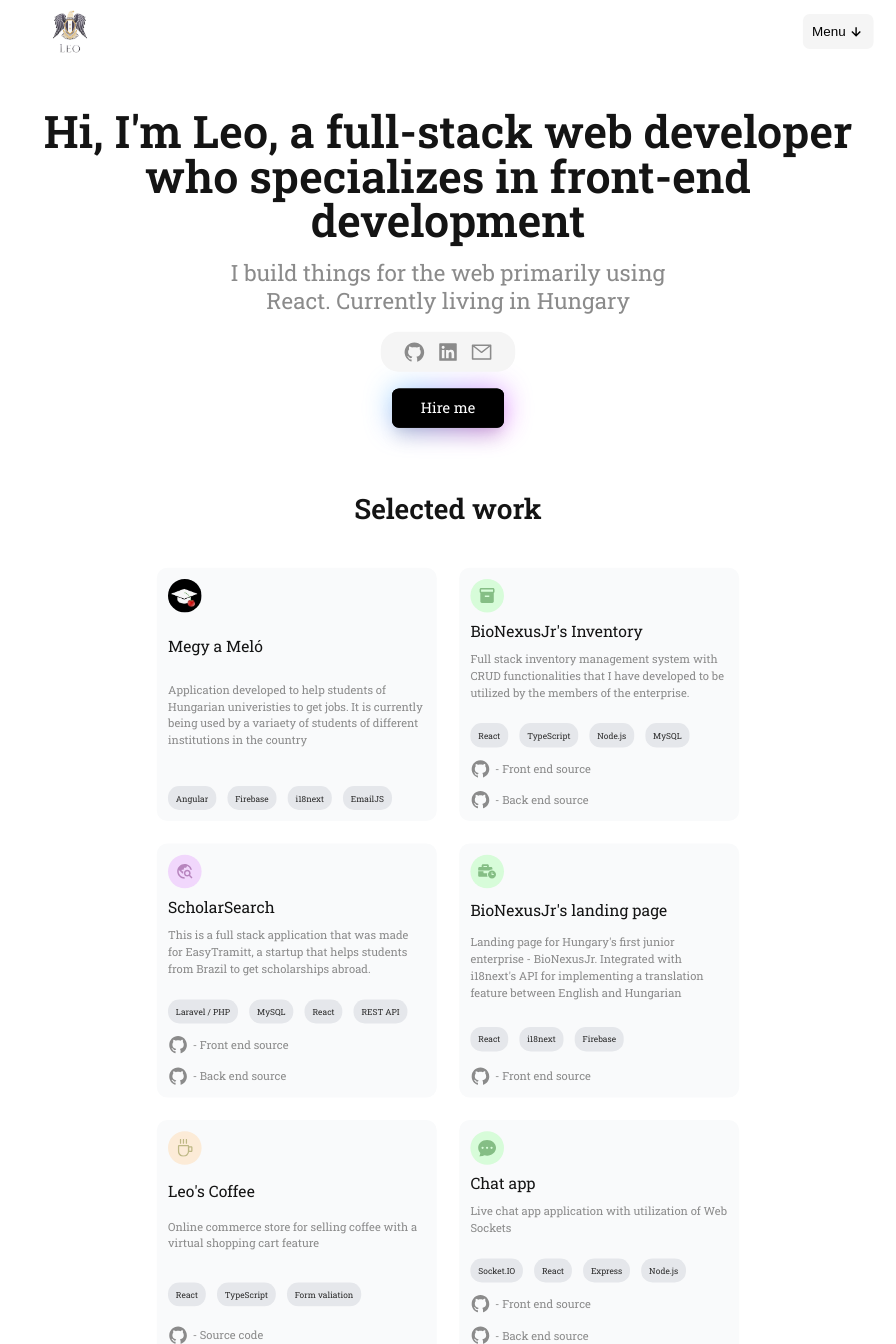
Repository: Leoka2000/portfolio-final
Page: /
The author's editor kept a copy of each file at every save. The page is drawn from the files as they stood at one save, then again after the next save.
The browser window is 1280 px wide. The pictures show the part of the page from y = 0 to 1920 px (the page is 3485 px tall before and 3421 px after), at 70% of full size.
Some web fonts or font styles are not loaded; a fallback is used. The project was rebuilt for these pictures with package versions that can differ from the ones it lists, and the page was loaded fresh each time. Some packages were replaced by stand-ins written for this rebuild. Also part of the build but not shown: src/App.css. Imported but missing from the stored project, and not drawn on this page: src/assets/BioNexus.mp4, src/assets/LeoCV.pdf, src/assets/ScholarSearch.mp4, src/assets/chat-app.mp4.

Above is the page before, as saved 2023-09-27 14:37:55.

### public/index.html
<!DOCTYPE html>
<html lang="en">
  <head>
    <meta charset="utf-8" />
    <link rel="icon" href="%PUBLIC_URL%/favicon.ico" />
    <meta name="viewport" content="width=device-width, initial-scale=1" />
    <meta name="theme-color" content="#000000" />
    <meta
      name="description"
      content="Web site created using create-react-app"
    />
    <link rel="apple-touch-icon" href="%PUBLIC_URL%/logo192.png" />
    <!-- font -->
    <link rel="preconnect" href="https://fonts.googleapis.com">
    <link rel="preconnect" href="https://fonts.gstatic.com" crossorigin>
    <link href="https://fonts.googleapis.com/css2?family=Fira+Sans+Extra+Condensed:wght@300&family=Roboto+Condensed:wght@300&family=Roboto+Slab:wght@400;500;600&display=swap" rel="stylesheet">

    <!-- font -->
    <link rel="manifest" href="%PUBLIC_URL%/manifest.json" />

    <title>Portfolio</title>
  </head>
  <body>
    <noscript>You need to enable JavaScript to run this app.</noscript>
    <div id="root"></div>
    <!--
      This HTML file is a template.
      If you open it directly in the browser, you will see an empty page.

      You can add webfonts, meta tags, or analytics to this file.
      The build step will place the bundled scripts into the <body> tag.

      To begin the development, run `npm start` or `yarn start`.
      To create a production bundle, use `npm run build` or `yarn build`.
    -->
  </body>
</html>

### src/pages/main/home.jsx
import React from 'react'
import Navbar from '../../compontents/navbar/navbar'
import Hero from './hero/hero'
import Work from './work/work-parent'
import About from './about/about'
import Contact from '../contact/contact'


const Home = () => {
  return (
    <>

      <Hero/>
      <Work/>
      <About/>
      <Contact/>
    </>
  )
}

export default Home

### src/compontents/navbar/navbar.css
.nav-navbar {
    display: flex;
    justify-content: flex-start;

    align-items: center;
    height: 90px;
}

.nav-navbar > span {
    display: flex;
    color: var(--h1);
    text-align: center;
    align-items: center;
    justify-content: center;
    background-color: #f5f5f5;
    font-weight: 300;
    padding: 9px 30px;
    border-radius: 30px;
    height: 2rem;
    gap: 1rem;
    width: auto;
    position: absolute;
    right: 30rem;

}
.nav-navbar > span > div {
width: 1.4rem;
border-radius: 100%;
background-color: rgb(101, 223, 101);
height: 1.4rem;
}
.dropdown-menu{
    position: absolute;
    right: 0;
    margin-right: 2rem;


}
.nav-dropdown {
    transform: none;
    transition: all 2s ease-in-out;
    margin-top: 1rem;
    background-color: #f5f5f5;
    position: absolute;
    top: 1;
    right: 0;
    border-radius: 10px;
    width: 10rem;
    height: 8.5rem;
    font-size: 1.2rem;
    transition: all .2s ease-in-out;
    box-shadow: rgba(0, 0, 0, 0.1) 0px 20px 25px -5px, rgba(0, 0, 0, 0.04) 0px 10px 10px -5px;
    opacity:1;
    transition:

     0s linear,
     1s linear;
}
.nav-dropdown::before {
    content: "";
z-index: -1;
position: absolute;
top: 0;
right: 0;
bottom: 0;
left: 0;
background: linear-gradient(-45deg,#e81cff,#40c9ff);
transform: translateZ(0) scale(.95);
filter: blur(20px);
opacity: .6;
transition: .3s;
border-radius: inherit;
transition: all 2s ease-in-out;

}
.dropdown{

    list-style: none;
    display: flex;
 flex-direction: column;
 padding: 1rem;
 transform: none;
 opacity:1;
    transition:

     0s linear,
     1s linear;


}

.dropdown > a {
    list-style: none;
    width: 84%;
    color: black;
    display: flex;
    padding: 0.5rem 1rem 0.5rem 0.7rem;
}
.dropdown > a > a {
    width: 100%;
    color: black;
}
.dropdown a:hover {
    background-color: rgb(219, 219, 219);
    cursor: pointer;
    border-radius: 10px;
    transition: 0.2s;
}
.nav-navbar > div > button {
    background-color: transparent;
    outline: none;
    border: none;
    display: flex;
    align-items: center;
    background-color: #f5f5f5;
    border-radius: 10px;

    padding: 0.8rem;
    justify-content: center;
    gap: 0.2rem;
    cursor: pointer;
    position: relative;
    transition: 0.3s;
}
.nav-navbar > div > button:hover {
background-color: rgb(228, 228, 228);
transform: scale(1.1);
}
.dropdown-menu > button > p {
    font-size: 1.2rem;
    color: black;

}
.dropdown-menu button svg {
    font-size: 1.5rem;
    color: black;
}

### src/pages/main/hero/hero.jsx
import React from 'react'
import {AiFillGithub} from 'react-icons/ai'
import {AiOutlineMail} from 'react-icons/ai'
import {AiFillLinkedin} from 'react-icons/ai'
import './hero.css'
import CV from '../../../assets/LeoCV.pdf'

const hero = () => {
  return (
    <>
      <section className='hero-section'>
        <h1>Hi, I'm Leo, a full-stack web developer who specializes in front-end development</h1>
        <p>I build things for the web primarily using React. Currently living in Hungary</p>
        <div className='icons-wrapper'>
          <a target='_blank' href="https://github.com/Leoka2000"><AiFillGithub/></a>
          <a target='_blank' href='https://www.linkedin.com/in/leoreus/'> <AiFillLinkedin/></a>
         <a href='mailto:lreusoliveira@gmail.com'><AiOutlineMail/> </a>
        </div>
        <a href={CV} download className='right-btn'>Hire me</a>
      </section>
    </>
  )
}

export default hero

### src/pages/main/work/work-parent.jsx
import React from 'react'
import './work.css'
import Bionexus from './projects/bionexus/index'
import CoffeeApp from './projects/coffee/index'
import ChatApp from './projects/chatapp/index'
import EasyTramitt from './projects/easy/index'
import CryptoApp from './projects/cryptoapp/index'
import Inventory from './projects/inventory'
import MegyaMelo from './projects/megyamelo'



const Work = () => {
  return (
    <>
      <section id='work' className='work-section'>
        <header><h1>Selected work</h1></header>
        <main className='work-main'>
          <MegyaMelo/>
       <Inventory/>
        <EasyTramitt />
          <Bionexus />
          <CoffeeApp />
          <ChatApp />
          <CryptoApp />



        </main>


      </section>
    </>
  )
}

export default Work

### src/pages/main/hero/hero.css
.hero-section {
    display: flex;
    flex-direction: column;
    text-align: center;
    align-items: center;
    padding: 4rem 2rem 2rem 2rem;
    justify-content: center;
    gap: 1.5rem
}
.hero-section h1 {
    color: var(--h1);
    font-size: 4rem;
}
.hero-section p {
    color: var(--p);
    font-size: 2rem;
    line-height: 2.5rem;
    max-width: 45rem;

}
.icons-wrapper {
    font-size: 2rem;
    color: var(--p);
    background-color: #f5f5f5;
    border-radius: 25px;
    align-items: center;
    padding: 0.8rem 0 0.5rem 0;
    width: 12rem;
    display: flex;
    justify-content: center;
    gap: 1rem;
    cursor: pointer;

}
.icons-wrapper a {
    text-decoration: none;
    color: var(--p);
}
.icons-wrapper svg {
    transition: 0.4s;
}
.icons-wrapper svg:hover {
    color: rgb(0, 0, 0);
}


.hero-section > a {
    font-family: 'Fira Sans Extra Condensed', sans-serif;

    font-family: 'Inter', sans-serif;

    font-family: 'Roboto Condensed', sans-serif;

    font-family: 'Roboto Slab', serif;

    display: flex;
    justify-content: center;
    align-items: center;
    color: white;
    font-size: 1.3rem;
    width: 10rem;
    height: 3.5rem;
    border-radius: 10px;
    outline: none;
    background-color: black;
    border: none;
    position: relative;
    cursor: pointer;
    transition: all .2s ease-in-out;
    box-shadow: rgba(0, 0, 0, 0.1) 0px 20px 25px -5px, rgba(0, 0, 0, 0.04) 0px 10px 10px -5px;
}
.hero-section > a::before {
    content: "";
z-index: -1;
position: absolute;
top: 0;
right: 0;
bottom: 0;
left: 0;
background: linear-gradient(-45deg, #e81cff, #40c9ff);
transform: translateZ(1) scale(.98);
filter: blur(20px);
opacity: .6;
transition: opacity .3s;
border-radius: inherit;
transition: all .2s ease-in-out;
}
.hero-section > a::after {

        content: "";
        z-index: -1;
        position: absolute;
        top: 0;
        right: 0;
        bottom: 0;
        left: 0;
        background: inherit;
        border-radius: inherit;
      }

.hero-section > a:hover {
transform: scale(1.1);
background-color: white;
color: black;
}



@media screen and (max-width: 900px) {
    .hero-section {
        padding: 4rem 1.5rem 2rem 1.5rem;
    }
    .hero-section > h1 {
        color: var(--h1);
        font-size: 1.7rem;
    }
    .hero-section > p {
        font-size: 1.2rem;
        line-height: 1.4rem;
    }

}

### src/pages/main/work/projects/bionexus/index.jsx
import React from 'react'
import {FaBusinessTime} from 'react-icons/fa'
import {AiFillGithub} from 'react-icons/ai'

const index = () => {

  return (
    <a target='_blank' href='https://bionexusjr.com/' className='individual-wrapper'>
    <span id='work-2'><FaBusinessTime/></span>
    <h1>BioNexusJr's landing page</h1>
    <p>Landing page for Hungary's first junior enterprise - BioNexusJr. Integrated with i18next's API for implementing a translation feature between English and Hungarian</p>
    <div className='key-wrapper'>
    <span>React</span>
      <span>i18next</span>
      <span>Firebase</span>
    </div>
    <a target='_blank' href='https://github.com/Leoka2000/BioNexus-s-Website'><AiFillGithub/><p id='hover'>- Front end source</p></a>
  </a>
  )
}

export default index

### src/pages/main/work/projects/coffee/index.jsx
import React from 'react'
import {AiOutlineCoffee} from 'react-icons/ai'
import {AiFillGithub} from 'react-icons/ai'

const index = () => {
  return (
    <a target='_blank'  href='https://melodious-rabanadas-153006.netlify.app/' className='individual-wrapper'>
      <span id='work-3'><AiOutlineCoffee/></span>
      <h1>Leo's Coffee</h1>
      <p>Online commerce store for selling coffee with a virtual shopping cart feature</p>
      <div className='key-wrapper'>
        <span>React</span>
        <span>TypeScript</span>
        <span>Form valiation</span>
      </div>
      <a target='_blank' href='https://github.com/Leoka2000/e-commerce-website'><AiFillGithub/><p id='hover'>- Source code</p></a>
    </a>
  )
}

export default index

### src/pages/main/work/projects/chatapp/index.jsx
import { useState } from 'react'
import { BsFillChatDotsFill } from 'react-icons/bs'
import { AiFillGithub } from 'react-icons/ai'
import video from '../../../../../assets/chat-app.mp4'

const Index = () => {
  const [isVideoPlaying, setIsVideoPlaying] = useState(false);

  const handleVideoClick = (event) => {
    const targetElement = event.target;
    const isGithubLink = targetElement.closest('.github-link');

    if (!isGithubLink) {
      setIsVideoPlaying(true);
      disableScroll();
    }
  };

  const handleQuitVideo = () => {
    setIsVideoPlaying(false);
    enableScroll();
  };

  const disableScroll = () => {
    document.body.style.overflow = 'hidden';
  };

  const enableScroll = () => {
    document.body.style.overflow = '';
  };

  return (
    <div>
      <div onClick={handleVideoClick} className='individual-wrapper'>
        <span id='work-4'><BsFillChatDotsFill /></span>
        <h1>Chat app</h1>
        <p>Live chat app application with utilization of Web Sockets</p>
        <div className='key-wrapper'>
          <span>Socket.IO</span>
          <span>React</span>
          <span>Express</span>
          <span>Node.js</span>
        </div>
        <a target='_blank' href="https://github.com/Leoka2000/chat-app-front-end" className="github-link">
          <AiFillGithub />
          <p id="hover">- Front end source</p>
        </a>
        <a target='_blank' href="https://github.com/Leoka2000/chat-app-back-end" className="github-link">
          <AiFillGithub />
          <p id="hover">- Back end source</p>
        </a>
      </div>
      {isVideoPlaying && (
        <div className="video-overlay">
          <video src={video} controls autoPlay />
          <button onClick={handleQuitVideo}>Quit</button>
        </div>
      )}
    </div>
  )
}


export default Index

### src/pages/main/work/projects/easy/index.jsx
import React, { useState } from 'react';
import { MdTravelExplore } from 'react-icons/md';
import { AiFillGithub } from 'react-icons/ai';
import video from '../../../../../assets/ScholarSearch.mp4';

const Index = () => {
  const [isVideoPlaying, setIsVideoPlaying] = useState(false);

  const handleVideoClick = (event) => {
    const targetElement = event.target;
    const isGithubLink = targetElement.closest('.github-link');

    if (!isGithubLink) {
      setIsVideoPlaying(true);
      disableScroll();
    }
  };

  const handleQuitVideo = () => {
    setIsVideoPlaying(false);
    enableScroll();
  };

  const disableScroll = () => {
    document.body.style.overflow = 'hidden';
  };

  const enableScroll = () => {
    document.body.style.overflow = '';
  };

  return (
    <div>
      <div onClick={handleVideoClick} className="individual-wrapper">
        <span id="work-5">
          <MdTravelExplore />
        </span>
        <h1>ScholarSearch</h1>
        <p>
          This is a full stack application that was made for EasyTramitt, a
          startup that helps students from Brazil to get scholarships abroad.
        </p>
        <div className="key-wrapper">
          <span>Laravel / PHP</span>
          <span>MySQL</span>
          <span>React</span>
          <span>REST API</span>
        </div>
        <a target='_blank' href="https://github.com/Leoka2000/front-end-ScholarSearch" className="github-link">
          <AiFillGithub />
          <p id="hover">- Front end source</p>
        </a>
        <a  target='_blank' href="https://github.com/Leoka2000/back-end-laravel" className="github-link">
          <AiFillGithub />
          <p id="hover">- Back end source</p>
        </a>
      </div>

      {isVideoPlaying && (
        <div className="video-overlay">
          <video src={video} controls autoPlay />
          <button onClick={handleQuitVideo}>Quit</button>
        </div>
      )}
    </div>
  );
};

export default Index;

### src/pages/main/work/projects/cryptoapp/index.jsx
import React from 'react'
import {SiBitcoin} from 'react-icons/si'
import {AiFillGithub} from 'react-icons/ai'

const index = () => {
  return (
    <a target='_blank'  href='https://regal-macaron-8fc4ed.netlify.app/' className='individual-wrapper'>
      <span id='work-1'><SiBitcoin/></span>
      <h1>CryptoApp</h1>
      <p>By consuming the CoinGecko API, the app provides live updates on different cryptocurrency informations</p>
      <div className='key-wrapper'>
      <span>React</span>
      <span>TypeScript</span>
        <span>CoinGecko API</span>
      </div>
      <a target='_blank' href='https://github.com/Leoka2000/CryptoApp'><AiFillGithub/><p id='hover'>- Source code</p></a>
    </a>
  )
}

export default index

### src/pages/main/work/projects/inventory/index.jsx
import React, { useState } from 'react'
import { MdInventory } from 'react-icons/md'
import { AiFillGithub } from 'react-icons/ai'
import video from '../../../../../assets/BioNexus.mp4'

const Index = () => {
  const [isVideoPlaying, setIsVideoPlaying] = useState(false);

  const handleVideoClick = (event) => {
    const targetElement = event.target;
    const isGithubLink = targetElement.closest('.github-link');

    if (!isGithubLink) {
      setIsVideoPlaying(true);
      disableScroll();
    }
  };

  const handleQuitVideo = () => {
    setIsVideoPlaying(false);
    enableScroll();
  };

  const disableScroll = () => {
    document.body.style.overflow = 'hidden';
  };

  const enableScroll = () => {
    document.body.style.overflow = '';
  };

  return (
    <div>
      <div onClick={handleVideoClick} className='individual-wrapper'>
        <span id='work-2'><MdInventory /></span>
        <h1>BioNexusJr's Inventory</h1>
        <p>Full stack inventory management system with CRUD functionalities that I have developed to be utilized by the members of the enterprise.</p>
        <div className='key-wrapper'>
          <span>React</span>
          <span>TypeScript</span>
          <span>Node.js</span>
          <span>MySQL</span>
        </div>
        <a target='_blank' href="https://github.com/Leoka2000/inventory-bionexusjr" className="github-link">
          <AiFillGithub />
          <p id="hover">- Front end source</p>
        </a>
        <a target='_blank' href="https://github.com/Leoka2000/inventory-app-backend" className="github-link">
          <AiFillGithub />
          <p id="hover">- Back end source</p>
        </a>
      </div>
      {isVideoPlaying && (
        <div className="video-overlay">
          <video src={video} controls autoPlay />
          <button onClick={handleQuitVideo}>Quit</button>
        </div>
      )}
    </div>
  )
}

export default Index

### src/pages/main/work/projects/megyamelo/index.jsx
import React from 'react'
import {SiBitcoin} from 'react-icons/si'
import logo from '../../../../../assets/logo.jpg'

const Index = () => {
  return (
    <a target='_blank'  href='https://www.megyamelo.com' className='individual-wrapper'>
      <span id='work-6'><img src={logo}/></span>
      <h1>Megy a Meló</h1>
      <p>Application developed to help students of Hungarian univeristies to get jobs. It is currently being used by a variaety of students of different institutions in the country</p>
      <div className='key-wrapper'>
      <span>Angular</span>
      <span>Firebase</span>
      <span>i18next</span>
        <span>EmailJS</span>
      </div>
    </a>
  )
}

export default Index

### src/pages/main/about/about.css
.about-section {
    display: flex;
    gap: 0.5rem;
    padding: 7rem 1.5rem 5rem 4rem;
    justify-content: center;
}

.left {
    display: flex;
    flex-direction: column;
    width: 50rem;
    gap: 1rem;

}
.left > h1 {
    color: var(--h1);
    font-size: 1.8rem;
}
.left > p {
    line-height: 1.8rem;
    color: var(--p);
    font-size: 1rem;
    font-weight: normal;
    -webkit-font-smoothing: antialiased;
    -moz-osx-font-smoothing: grayscale;
    width: 90%;

}

.right {
    display:flex;
    flex-direction: column;
    background-color: var(--background);
    border-radius: 16px;
    gap:1.6rem;
    padding: 1.3rem;
    justify-content: space-evenly;
    z-index: 0;
    width: 30rem;

}
.right > h1 {
    font-size: 1.9rem;
}
.right > p {
    color: var(--p);
    font-size: 1.1rem;
    line-height: 1.8rem;
    width: 95%;
}
.right-btn {
    display: flex;
    justify-content: center;
    align-items: center;
    color: white;
    font-size: 1rem;
    width: 10rem;
    height: 2.5rem;
    border-radius: 10px;
    outline: none;

    background-color: black;
    border: none;
    position: relative;
    cursor: pointer;
    transition: all .2s ease-in-out;
    box-shadow: rgba(0, 0, 0, 0.1) 0px 20px 25px -5px, rgba(0, 0, 0, 0.04) 0px 10px 10px -5px;
    font-family: 'Fira Sans Extra Condensed', sans-serif;

    font-family: 'Inter', sans-serif;

    font-family: 'Roboto Condensed', sans-serif;

    font-family: 'Roboto Slab', serif;
}
.right-btn::before {
    content:"";
z-index: -1;
position: absolute;
top: 0;
right: 0;
bottom: 0;

left: 0;
background: linear-gradient(-45deg, #e81cff, #40c9ff);
transform: translateZ(1) scale(.98);
filter: blur(20px);
opacity: 0.8;
transition: opacity .3s;
border-radius: inherit;
transition: all .2s ease-in-out;
}
.right-btn::after {

        content: "";
        z-index: -1;
        position: absolute;
        top: 0;
        right: 0;
        bottom: 0;
        left: 0;
        background: inherit;
        border-radius: inherit;
      }

      .right-btn:hover {
transform: scale(1.1);
background-color: white;
color: black;
}




@media screen and (max-width: 1150px) {
    .right {
        width: 35rem;


    }
    .left {
        width: 40rem;
        padding-left: 0rem;
    }
}

@media screen and (max-width: 1000px) {
    .about-section {
        flex-direction: column;
        padding: 7rem 0.5rem 5rem 0.5rem;
        align-items: center;
    }
    .right {
        width: 90%;





    }
    .left {
        width: 90%;
        padding-bottom: 1.5rem;


    }
    .left > p {
        width: 100%;
    }

    .right-btn {
        width: 13rem;
    }

    .right > p {

        font-size: 1.2rem;

    }
}

### src/pages/main/about/thingsido/index.jsx
import React from 'react'

const index = () => {
  return (
    <div className='left'>
            <h1>My story</h1>
            <p>My first real world experience I had with programming was when my friend founded a startup and was complaining to me how expensive it is to hire a programmer to develop a website. At that point I had been doing some self-studying in JavaScript, which was enough for me to start learning React to maker her a website. After this experience I grew passionate about coding and started developing myself in this field.</p>
            <p>In my free time I am a language learner. Aside from my native language, I also speak English, Hungarian, and a bit of Italian.</p>
        </div>
  )
}

export default index

### src/pages/main/about/skills/index.jsx
import React from 'react'
import CV from '../../../../assets/LeoCV.pdf'
import './index.css'



const index = () => {
    return (
        <div className='right'>
            <h1>Skills</h1>
            <p>Angular / HTML / CSS / TypeScript / React / Laravel.PHP / MySQL / Next.JS / Node.JS / Express.JS</p>
            <a href={CV} download className='right-btn'>Download CV</a>
        </div>
    )
}

export default index

Loaded but not shown: src/index.js (common file); src/index.css (common file); src/App.js (common file); src/compontents/navbar/navbar.js (92 lines, source omitted); src/pages/contact/inputs/index.js (87 lines, source omitted); src/pages/contact/contact.js (22 lines, source omitted); src/pages/main/about/about.js (15 lines, source omitted); src/pages/main/work/work.css (213 lines, source omitted); src/pages/contact/contact.css (158 lines, source omitted); src/pages/main/about/skills/index.css (no stored copy; drawn as an empty file)

After the next save:
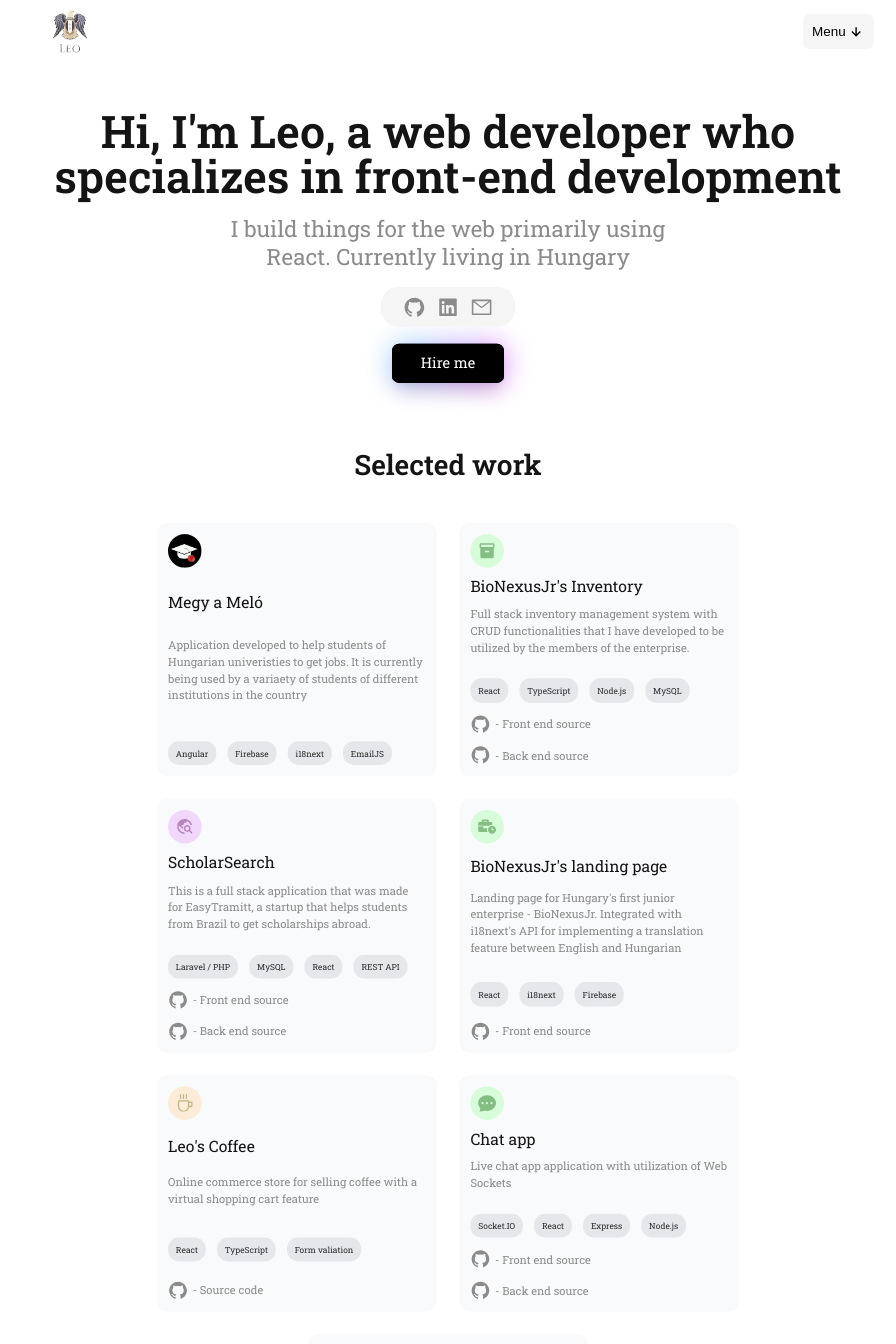
Saved 23 days later.
--- a/src/pages/main/hero/hero.jsx
+++ b/src/pages/main/hero/hero.jsx
@@ -9,7 +9,7 @@ const hero = () => {
   return (
     <>
       <section className='hero-section'>
-        <h1>Hi, I'm Leo, a full-stack web developer who specializes in front-end development</h1>
+        <h1>Hi, I'm Leo, a web developer who specializes in front-end development</h1>
         <p>I build things for the web primarily using React. Currently living in Hungary</p>
         <div className='icons-wrapper'>
           <a target='_blank' href="https://github.com/Leoka2000"><AiFillGithub/></a>
